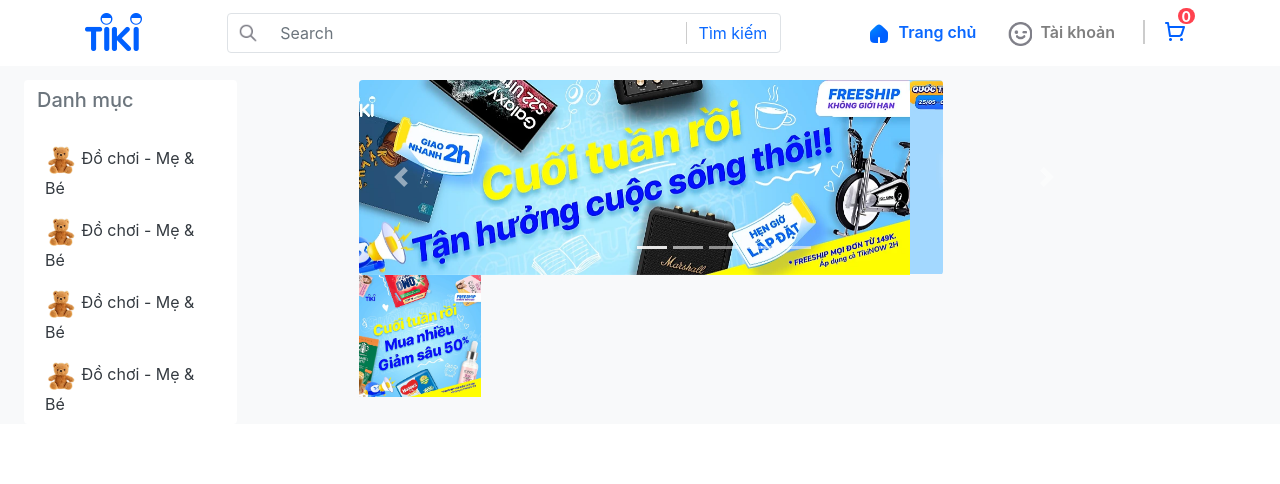
Repository: tam1512/website-ban-hang
Page: index.html
These files come from the project's save history. The page is drawn as it stood at one moment and after the next save; the edit follows.
The browser window is 1280 px wide. The pictures show the whole page.
Some web libraries are served in a nearby version.

Above is the page before, as saved 2023-05-27 19:19:49.

After the next save:
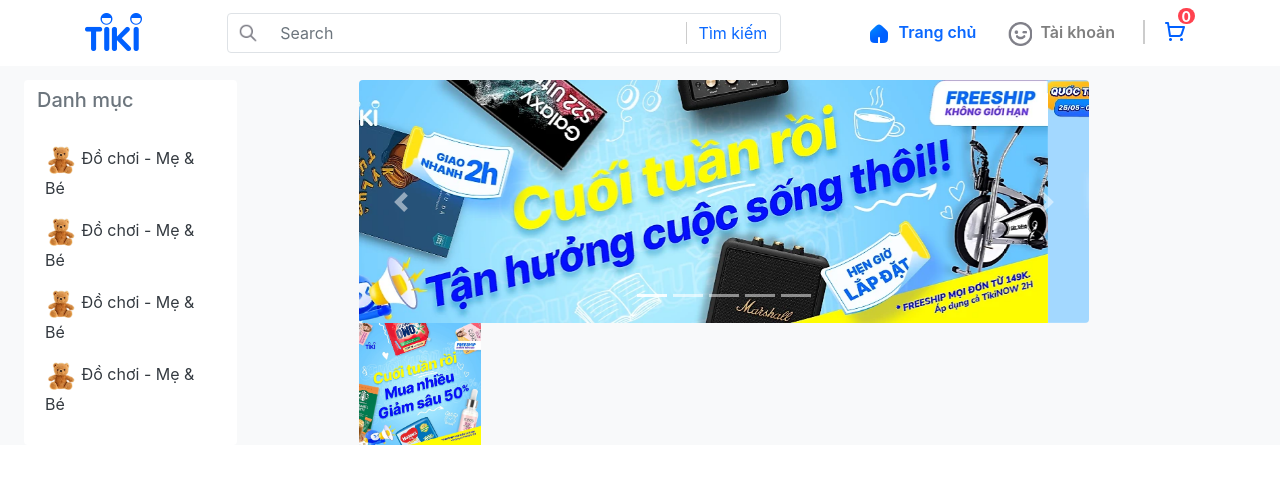
Saved 13 s later.
--- a/css/home.css
+++ b/css/home.css
@@ -166,6 +166,3 @@
 }
 
 /* Slider */
-#carouselIndicators .carousel-inner {
-  width: 80% !important;
-}
